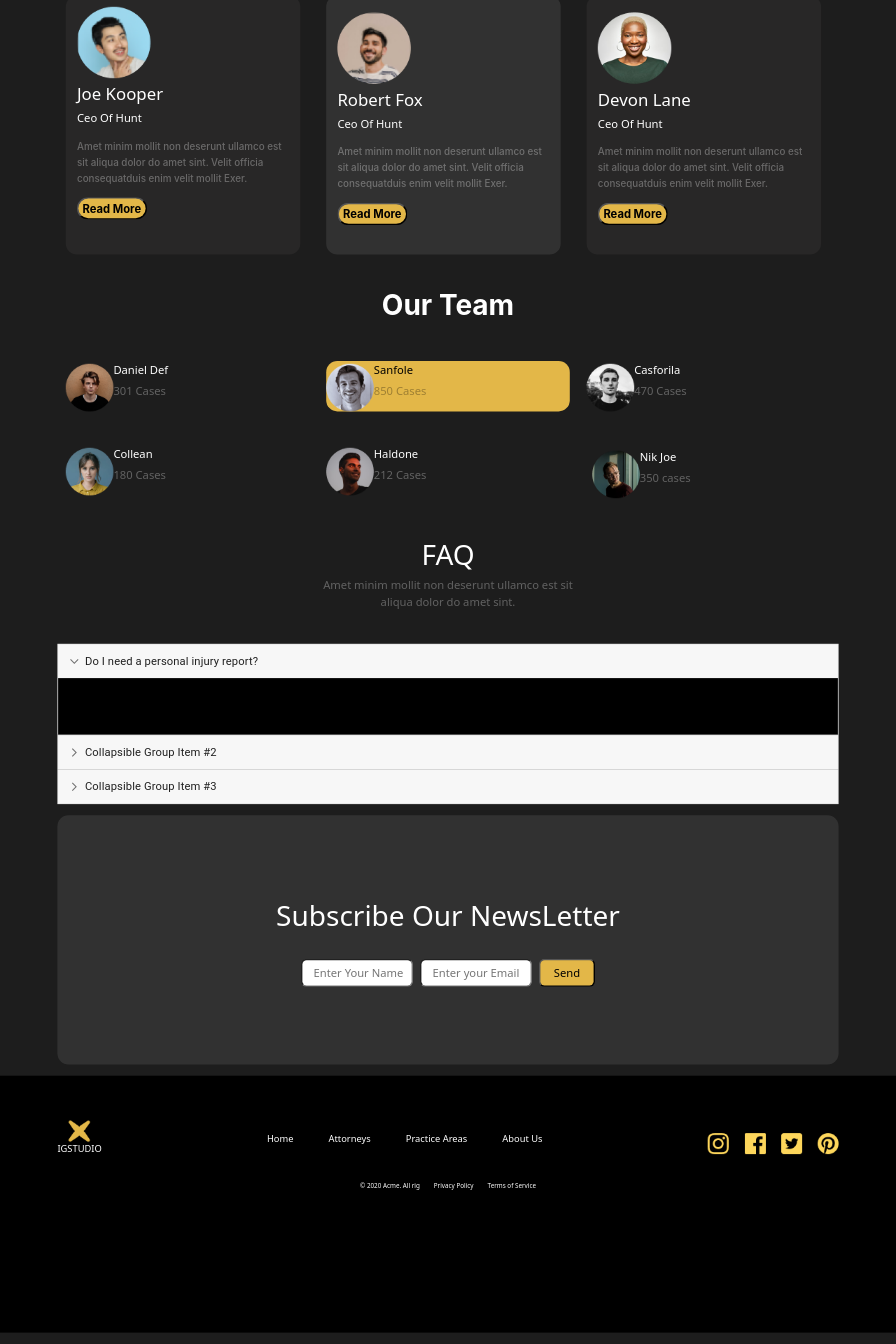
Repository: Senthil-Bala/LawFirm
Page: /
An editor plug-in stored every save of this project. The page is shown before and after a run of saves, followed by the edit.
The browser window is 1280 px wide. The pictures show the part of the page from y = 2314 to 4234 px (the page is 4234 px tall), at 70% of full size.
The project was rebuilt for these pictures with package versions that can differ from the ones it lists, and the page was loaded fresh each time. Also part of the build but not shown: src/App.css.

Above is the page before, as saved 2023-11-29 19:44:31.

### src/Components/Navbars/Navbar.jsx
import React from 'react'
import Studio from "../assests/logo.png";
import "./Navbar.css"

function Navbar() {
  return (
    <div className='navbar'>
        <div className="logo ">
            <img src={Studio} alt="Logo"/>
            <p>IGSTUDIO</p>
        </div>
        <div className="mid">
            <p>Home</p>
            <p>Attorneys</p>
            <p>Practice</p>
            <p>About Us</p>
        </div>
        <div className="btn">
            <button>Contact Now</button>
        </div>
    </div>
  )
}

export default Navbar

### src/Components/Heroess/HeroSection.jsx
import React from "react";
import "./HeroSection.css";
import Hero from "../assests/hero.png";
import Container from 'react-bootstrap/Container';
import Row from 'react-bootstrap/Row';
import Col from 'react-bootstrap/Col';
function HeroSection() {
  return (
    <div className="hero">
      <div className="contentLeft">
        <p id="mainHeading">You don’t have to Fight them Alone.</p>
        <p id="subHeading">
          Lorem ipsum dolor sit amet consectetur adipiscing elit blandit,
          curabitur sodales conubia ut inceptos faucibus himenaeos tortor eget,
          hac massa gravida arcu interdum proin curae.
        </p>
        <div className="d-flex">
        <input type="text" placeholder="Share your Email-Id" id="random"/>
        <button className="inBtn mx-2">Lets Talk</button>
        </div>
      </div>
      <div className="contentRight">
        <img src={Hero} alt="Hero" />
      </div>
    </div>

  //   <Container>
  //   <Row>
  //     <Col sm={12} md={6} lg={6} >
  //     <div className="contentLeft">
  //   <p id="mainHeading">You don’t have to Fight them Alone.</p>
  //        <p id="subHeading">
  //        Lorem ipsum dolor sit amet consectetur adipiscing elit blandit,
  //          curabitur sodales conubia ut inceptos faucibus himenaeos tortor eget,
  //          hac massa gravida arcu interdum proin curae.
  //        </p>
  //         <input type="text" placeholder="Share your Email-Id" />
  //     <button className="inBtn">Lets Talk</button>
  //      </div >
  //     </Col>
  //     <Col sm={12} md={6} lg={6}>
  //     <div className="contentRight mt-5">
  //       <img src={Hero} alt="Hero" />
  //    </div>
  //     </Col>
  //   </Row>

  // </Container>








  );
}

export default HeroSection;

### src/Components/Mainss/Main.jsx
import React from "react";
import "./Main.css";
import Container from 'react-bootstrap/Container';
import Row from 'react-bootstrap/Row';
import Col from 'react-bootstrap/Col';
function Main() {
  return (
    <div className="main">
    <div className="left">
        <p>Let’s Introduce <br /> Ourself</p>
    </div>
    {/* <div className="vertical-line"></div> */}
    <div className="right">
        <p id="heading">Criminal Lawyer</p>
        <p id="subHeading">
            Amet minim mollit non deserunt ullamco est sit aliqua dolor do amet
            sint. Velit officia consequatduis enim velit mollit Exercitation.
        </p>
    </div>
</div>



    //Grid layouts

  //   <Container className="mt-5 pt-5">
  //   <Row>
  //     <Col sm={12} md={6} lg={6}>
  //     <div className="left">
  //       <p>Let’s Introduce Ourself</p>
  //     </div>
  //     </Col>
  //     <Col  sm={12} md={6} lg={6}>
  //     <div className="right">
  //       <p id="heading">Criminal Lawyer</p>
  //       <p id="subHeading">
  //         Amet minim mollit non deserunt ullamco est sit aliqua dolor do amet
  //         sint. Velit officia consequatduis enim velit mollit Exercitation.
  //       </p>
  //     </div>
  //     </Col>
  //   </Row>

  // </Container>
  );
}

export default Main;

### src/Components/Box/Boxes.jsx
import React from "react";
import "./Boxes.css";
import Box from "../assests/box.png";
import Container from 'react-bootstrap/Container';
import Row from 'react-bootstrap/Row';
import Col from 'react-bootstrap/Col';
function Boxes() {
  return (
    // <div className="box">
    //   <h1>Why Choose us ?</h1>
    //   <br />
    //   <div className="chooseBox">
    //     <div className="box1">
    //       <img src={Box} alt="" className="mt-2" />
    //       <h4 className="mt-4">100 Success Rate</h4>
    //       <p className="small">
    //         Amet minim mollit non deserunt ullamco est sit aliqua dolor do amet
    //         sint. Velit officia consequatduis enim velit mollit Exer.
    //       </p>
    //     </div>
    //     <div className="box2">
    //       <img src={Box} alt="" className="mt-2" />
    //       <h4 className="mt-4">100 Success Rate</h4>
    //       <p className="small">
    //         Amet minim mollit non deserunt ullamco est sit aliqua dolor do amet
    //         sint. Velit officia consequatduis enim velit mollit Exer.
    //       </p>
    //     </div>
    //     <div className="box3">
    //       <img src={Box} alt="" className="mt-2" />
    //       <h4 className="mt-4">100 Success Rate</h4>
    //       <p className="small">
    //         Amet minim mollit non deserunt ullamco est sit aliqua dolor do amet
    //         sint. Velit officia consequatduis enim velit mollit Exer.
    //       </p>
    //     </div>
    //   </div>
    // </div>
    //Grid layouts

<div>
<h1  className="text-center my-5 heading">Why Choose us ?</h1>

<Container>
<Row className="gx-5 gy-5">
        <Col sm={12} md={6} lg={4} g-5 >
        <div className="box1 mt-2 mr-2">
          <img src={Box} alt="" className="mt-2" />
          <h4 className="mt-4">100 Success Rate</h4>
          <p className="small">
            Amet minim mollit non deserunt ullamco est sit aliqua dolor do amet
            sint. Velit officia consequatduis enim velit mollit Exer.
          </p>
          <button className="chip">Read More</button>
        </div>
        </Col>
        <Col sm={12} md={6} lg={4}>
        <div className="box2 mt-2 mr-2">
          <img src={Box} alt="" className="mt-2" />
          <h4 className="mt-4">100 Success Rate</h4>
          <p className="small">
            Amet minim mollit non deserunt ullamco est sit aliqua dolor do amet
            sint. Velit officia consequatduis enim velit mollit Exer.
          </p>
          <button className="chip" >Read More</button>
        </div>
        </Col>
        <Col sm={12} md={6} lg={4}>
        <div className="box3 mt-2 mr-2">
          <img src={Box} alt="" className="mt-2" />
          <h4 className="mt-4">100 Success Rate</h4>
          <p className="small">
            Amet minim mollit non deserunt ullamco est sit aliqua dolor do amet
            sint. Velit officia consequatduis enim velit mollit Exer.
          </p>
          <button className="chip">Read More</button>
        </div>
        </Col>
      </Row>

    </Container>
    </div>

  );
}

export default Boxes;

### src/Components/Practicsing/Practices.jsx
import React from "react";
import Container from "react-bootstrap/Container";
import Row from "react-bootstrap/Row";
import Col from "react-bootstrap/Col";
import Left from "../assests/left.png";
import Right from "../assests/right.png";
import "./Practices.css";

function Practices() {
  return (
    <div>
      <h1 className="text-center my-5 heading">Area of Practices</h1>

      <Container>
        <Row className="mt-3">
          <Col xs={12} sm={8}>
            <img src={Left} alt="Business law" className="left" />
            <p className="title">Business law</p>

          </Col>
          <Col xs={12} sm={4}>
            <img src={Right} alt="Partnership Law" className="right" />
            <p className="title">Partnership law</p>

          </Col>
        </Row>
        <Row className="mt-3">
        <Col xs={12} sm={4}>
            <img src={Right} alt="Partnership Law" className="right" />
            <p className="title">Real Estate law</p>
          </Col>
          <Col xs={12} sm={8}>
            <img src={Left} alt="Business law" className="left" />
            <p className="title">Business law</p>

          </Col>

        </Row>
        <Row className="mt-3">
          <Col xs={12} sm={8}>
            <img src={Left} alt="Business law" className="left" />
            <p className="title">LandLord Disruptes law</p>

          </Col>
          <Col xs={12} sm={4}>
            <img src={Right} alt="Partnership Law" className="right" />
            <p className="title">ELDER ABSUTE</p>

          </Col>
        </Row>
      </Container>
    </div>
  );
}

export default Practices;

### src/Components/ClientSides/Clients.jsx
import React from "react";
import "./Clients.css";
import EclipseOne from "../assests/EclipseOne.png";
import EclipseTwo from "../assests/EclipseTwo.png";
import EclipseThree from "../assests/EclipseThree.png";
import Container from 'react-bootstrap/Container';
import Row from 'react-bootstrap/Row';
import Col from 'react-bootstrap/Col';
function Clients() {
  return (
    // <div className="box">
    //   <h1>Why Choose us ?</h1>
    //   <br />
    //   <div className="chooseBox">
    //     <div className="box1">
    //       <img src={Box} alt="" className="mt-2" />
    //       <h4 className="mt-4">100 Success Rate</h4>
    //       <p className="small">
    //         Amet minim mollit non deserunt ullamco est sit aliqua dolor do amet
    //         sint. Velit officia consequatduis enim velit mollit Exer.
    //       </p>
    //     </div>
    //     <div className="box2">
    //       <img src={Box} alt="" className="mt-2" />
    //       <h4 className="mt-4">100 Success Rate</h4>
    //       <p className="small">
    //         Amet minim mollit non deserunt ullamco est sit aliqua dolor do amet
    //         sint. Velit officia consequatduis enim velit mollit Exer.
    //       </p>
    //     </div>
    //     <div className="box3">
    //       <img src={Box} alt="" className="mt-2" />
    //       <h4 className="mt-4">100 Success Rate</h4>
    //       <p className="small">
    //         Amet minim mollit non deserunt ullamco est sit aliqua dolor do amet
    //         sint. Velit officia consequatduis enim velit mollit Exer.
    //       </p>
    //     </div>
    //   </div>
    // </div>
    //Grid layouts

<div>
    <div className="clientHead d-flex justify-content-between align-items-center">
<h1  className=" my-5 heading">What Says Our <br /> Happy Clients</h1>
<div className="arrows">
<button>+</button>
<button className="rgt">-</button>
</div>


</div>
<Container>
<Row className="gx-4 gy-4">
        <Col sm={12} md={6} lg={4} >
        <div className="box1 mt-2 mr-2">
          <img src={EclipseOne} alt="" />
          <h4 className="mt-2">Joe Kooper</h4>
          <p >Ceo Of Hunt</p>
          <p className="small">
            Amet minim mollit non deserunt ullamco est sit aliqua dolor do amet
            sint. Velit officia consequatduis enim velit mollit Exer.
          </p>
          <button className="chip">Read More</button>
        </div>
        </Col>
        <Col sm={12} md={6} lg={4}>
        <div className="box2 mt-2 mr-2">
          <img src={EclipseTwo} alt="" className="mt-2" />
          <h4 className="mt-2">Robert Fox</h4>
          <p >Ceo Of Hunt</p>
          <p className="small">
            Amet minim mollit non deserunt ullamco est sit aliqua dolor do amet
            sint. Velit officia consequatduis enim velit mollit Exer.
          </p>
          <button className="chip" >Read More</button>
        </div>
        </Col>
        <Col sm={12} md={6} lg={4}>
        <div className="box3 mt-2 mr-2">
          <img src={EclipseThree} alt="" className="mt-2" />
          <h4 className="mt-2">Devon Lane</h4>
          <p >Ceo Of Hunt</p>
          <p className="small">
            Amet minim mollit non deserunt ullamco est sit aliqua dolor do amet
            sint. Velit officia consequatduis enim velit mollit Exer.
          </p>
          <button className="chip">Read More</button>
        </div>
        </Col>
      </Row>

    </Container>
    </div>

  );
}

export default Clients;

### src/Components/Teamss/Team.jsx
import React from 'react'
import Container from 'react-bootstrap/esm/Container'
import Row from 'react-bootstrap/Row';
import Col from 'react-bootstrap/Col';
import Daniel from "../assests/Daniel.png";
import Sanfole from "../assests/Sanfole.png";
import Casforila from "../assests/Casforila.png";
import Collean from "../assests/Collean.png";
import Haldone from "../assests/Haldone.png";
import Nik from "../assests/Nik.png"
import "./Team.css"

function Team() {
  return (
    <div className='teamDiv my-3'>
        <h1 className="text-center mt-5 heading">Our Team</h1>

        <Container>
        <Row>

        <Col xs={6} md={4} lg={4} className='mt-5'>
            <div className="items d-flex pt-1 ">
        <img src={Daniel} alt="" className='mr-3'/>
        <div>
          <h6 >Daniel Def</h6>
          <p className="opac">301 Cases</p>
          </div>
          </div>
        </Col>

        <Col xs={6} md={4} lg={4} className='mt-5'>
            <div className="items d-flex sanfole pt-1 ">
        <img src={Sanfole} alt="" className='mr-3 '/>
        <div>
          <h6>Sanfole</h6>
          <p className="opac">850 Cases</p>
          </div>
          </div>
        </Col>

        <Col xs={6} md={4}  lg={4} className='mt-5'>
            <div className="items d-flex pt-1">
        <img src={Casforila} alt="" className='mr-3'/>
        <div>
          <h6 >Casforila</h6>
          <p className="opac">470 Cases</p>
          </div>
          </div>
        </Col>

        <Col xs={6} md={4} lg={4} className='mt-5'>
            <div className="items d-flex pt-1 ">
        <img src={Collean} alt="" className='mr-3'/>
        <div>
          <h6 >Collean</h6>
          <p className="opac">180 Cases</p>
          </div>
          </div>
        </Col>

        <Col xs={6} md={4}  lg={4} className='mt-5'>
            <div className="items d-flex pt-1">
        <img src={Haldone} alt="" className='mr-3'/>
        <div>
          <h6 >Haldone</h6>
          <p className="opac">212 Cases</p>
          </div>
          </div>
        </Col>

        <Col xs={6} md={4}  lg={4} className='mt-5'>
            <div className="items d-flex p-2">
        <img src={Nik} alt="" className='mr-3'/>
        <div>
          <h6 >Nik Joe</h6>
          <p className="opac">350 cases</p>
          </div>
          </div>
        </Col>

      </Row>
      </Container>
    </div>
  )
}

export default Team

### src/Components/Frequents/Faq.jsx
import React from "react";
import Accordionss from "./Accordionss"
import "./Faq.css"
function Faq() {
  return (
    <div className="text-center my-3">
      <div className="faq mt-5">
        <h1 className="m">FAQ</h1>
        <p className="faqContent">
          Amet minim mollit non deserunt ullamco est sit <br /> aliqua dolor do amet
          sint.
        </p>
      </div>
      <div className="accordions mt-5">
        <Accordionss/>
      </div>
    </div>
  );
}

export default Faq;

### src/Components/Subscribes/Subscribe.jsx
import React from 'react'
import "./Subscribe.css"
function Subscribe() {
  return (
    <div className='subscribes mt-3'>
    <div className="newsLetter">
<h1 className='text-center mt-2'>Subscribe Our NewsLetter</h1>
</div>
<div className="inputAndbutton">
    <input type="text" className='inputOne' placeholder='Enter Your Name'/>
    <input type="text" className='inputOne' placeholder='Enter your Email'/>
    <button id='send'>Send</button>
</div>
    </div>
  )
}

export default Subscribe

### src/Components/Footers/Footer.jsx
import React from 'react'
import "./Footer.css";
import logo from "../assests/logo.png";
import Group from "../assests/group.png"
function Footer() {
  return (
    <div className='footerDiv my-3'>
        <div className="firstDiv container text-center">
           <div className='logoDiv'>
            <img src={logo} alt="logo" />
            <p>IGSTUDIO</p>
           </div>
           <div className="mainDiv ">
            <p>Home</p>
            <p>Attorneys</p>
            <p>Practice Areas</p>
            <p>About Us</p>
           </div>
           <div>
            <img src={Group} alt="Icons" />
           </div>
        </div>
        <br />
        <div className="secondDiv  ">
            <p>© 2020 Acme. All rig</p>
            <p>Privacy Policy</p>
            <p>Terms of Service</p>
        </div>

    </div>
  )
}

export default Footer

### src/Components/Navbars/Navbar.css
.navbar {
    display: flex;
    justify-content: space-between;
    align-items: center;
    /* width: 100%;
    height: 3rem; */

}

.mid {
    display: flex;
    gap: 30px;
    font-family: Inter;
    text-align: center;
    justify-content: space-between;
    align-items: center;

}

.btn button {
    border: 2px solid #FFFFFF;
    background-color: #1D1D1D;
    color: #FFFFFF;
    /* justify-content: center;
    align-items: center; */
}

.logo {
    display: flex;
    justify-content: center;
    align-items: center;
    gap: 20px;
}

.logo img{
    height: 1rem;
}

### src/Components/Heroess/HeroSection.css
.hero {
    display: flex;
    justify-content: space-between;
    align-items: center;
    gap: 30px;
    font-family: Inter;

}

.contentLeft {
    margin-top: 5rem;
    display: flex;
    flex-direction: column;
    gap: 30px;
}

.contentRight {
    width: 467.71px;
    height: 467.71px;
}

.inBtn {
    background: rgba(227, 183, 72, 1);

    color: black;
    font-family: Inter;
    font-weight: bold;
    height: 3rem;
    padding: 1rem;
    display: flex;
    justify-content: center;
    align-items: center;
    border-radius: 3rem;
    text-align: center;
    /* position: absolute; */
    right: 58.5%;
    top: 77.5%;
    outline: 0;
}

#random{
    height: 3rem;
    padding: 1rem;
    border-radius: 3rem;
    width: 21rem;
    /* position: relative; */
    background-color:rgb(47, 50, 50);
    color: darkslategray;
    outline: 0;
}

#mainHeading {
    font-size: 66px;
    font-weight: 500;
    line-height: 97px;
    letter-spacing: 0em;
    text-align: left;

}

#subHeading {
    color: dimgrey;

}

### src/Components/Mainss/Main.css
.main {
    display: flex;
    justify-content: center;
    text-align: center;
    margin-top: 6rem;
}

.left {
    font-family: Inter;
    font-size: 54px;
    font-weight: 600;
    line-height: 87px;
    text-align: left;


}
/* Styling for the main container */
.main {
    display: flex;
    align-items: center;
}

/* Styling for the vertical line */
.vertical-line {
    border-left: 1px solid dimgray; /* Set color for the left border */
    height: 100px; /* Set height of the line */
    margin: 0 20px; /* Adjust margin as needed */
}



.right{
    display: flex;
    flex-direction: column;

}
#heading {
    font-family: Inter;
    font-size: 32px;
    font-weight: 600;
    line-height: 52px;
    letter-spacing: 0em;
    text-align: center;
    /* width: 475px;
    height: 155px; */

}
#subHeading{
    color: dimgrey;
    /* width: 475px;
height: 87px;

opacity: 0.3px; */

}

### src/Components/Box/Boxes.css
.box{
    margin-top: 6rem;
    text-align: center;
}
.chooseBox{
    display: flex;
    justify-content: space-between;
}
.box1,.box2,.box3{
    width: 335px;
height: 370px;
padding: 1rem;
text-align: left;
/* border: 2px solid; */
border-radius: 1rem;
background-color:rgb(40, 39, 39);

}
.box2{
    background: rgba(71, 71, 71, 0.5);

}
.small{
    font-family: Inter;
font-size: 14px;
font-weight: 500;
line-height: 23px;
letter-spacing: 0em;
text-align: left;
opacity: 30%;

}
.chip{
    background: rgba(227, 183, 72, 1);

    color: black;
    font-family: Inter;
    font-weight: bold;
    height: 2rem;
    /* padding: 1rem; */
    display: flex;
    justify-content: center;
    align-items: center;
    border-radius: 1.5rem;
    text-align: center;
}
.heading{
    font-family: Inter;
    font-weight: bold;

}

### src/Components/Practicsing/Practices.css
.left{
    width:35rem;
    height:12rem;
    text-transform: uppercase;
    position: relative;

}
.right{
    width:15rem;
    height:12rem;
    position: relative;

}
.title{
    position: absolute;
    bottom: 0px;
    left: 30%;
    text-align: center;
    text-transform: uppercase;
}

### src/Components/ClientSides/Clients.css
.arrows button{
    border-radius: 50%;
    height: 3rem;
    width: 3rem;
}
.rgt{
    background: rgba(227, 183, 72, 1);
}
.box2{
    background: rgba(71, 71, 71, 0.5);

}

### src/Components/Teamss/Team.css
.opac{
    opacity: 30%;
}

.sanfole{
    background: rgba(227, 183, 72, 1);
border-radius: 1rem;
color: black;

}

### src/Components/Frequents/Faq.css
.faqContent{
    opacity: 30%;
}

### src/Components/Subscribes/Subscribe.css
.subscribes{
height: 356px;
background: rgba(71, 71, 71, 0.5);
display: flex;
flex-direction: column;
justify-content: center;
align-items: center;
border-radius: 1rem;
gap: 30px;
}
#send{
    background: rgba(227, 183, 72, 1);
    height: 2.5rem;
    width: 5rem;
    border-radius: 0.5rem;

}
.inputOne{
    width: 10rem;
    height: 2.5rem;
    border-radius: 0.5rem;
    padding-left: 1rem;

}
.inputAndbutton{
display: flex;
justify-content: space-between;
gap: 10px;
}

### src/Components/Footers/Footer.css
.footerDiv{

height: 367px;
/* border: 1px solid white; */
display: flex;
flex-direction: column;
font-size: smaller;
background-color: black;
/* width: 100%; */


}
.firstDiv{
    display: flex;
    justify-content: space-between;
    align-items: center;
    margin-top: 4rem;
}
.mainDiv{
    display: flex;
    justify-content: center;
    /* align-items: center; */
    gap:50px;
}
.secondDiv{
    display: flex;
    justify-content: center;
    align-items: center;
    gap:20px;
    /* margin-top: 2rem; */
    font-size: xx-small;

}

### src/Components/Frequents/Accordionss.css
.details{
    background-color: black;
    colo
}

Loaded but not shown: public/index.html (common file); src/index.js (common file); src/index.css (common file); src/reportWebVitals.js (common file); src/App.js (34 lines, source omitted); src/Components/Frequents/Accordionss.jsx (95 lines, source omitted)

After the next 2 saves:
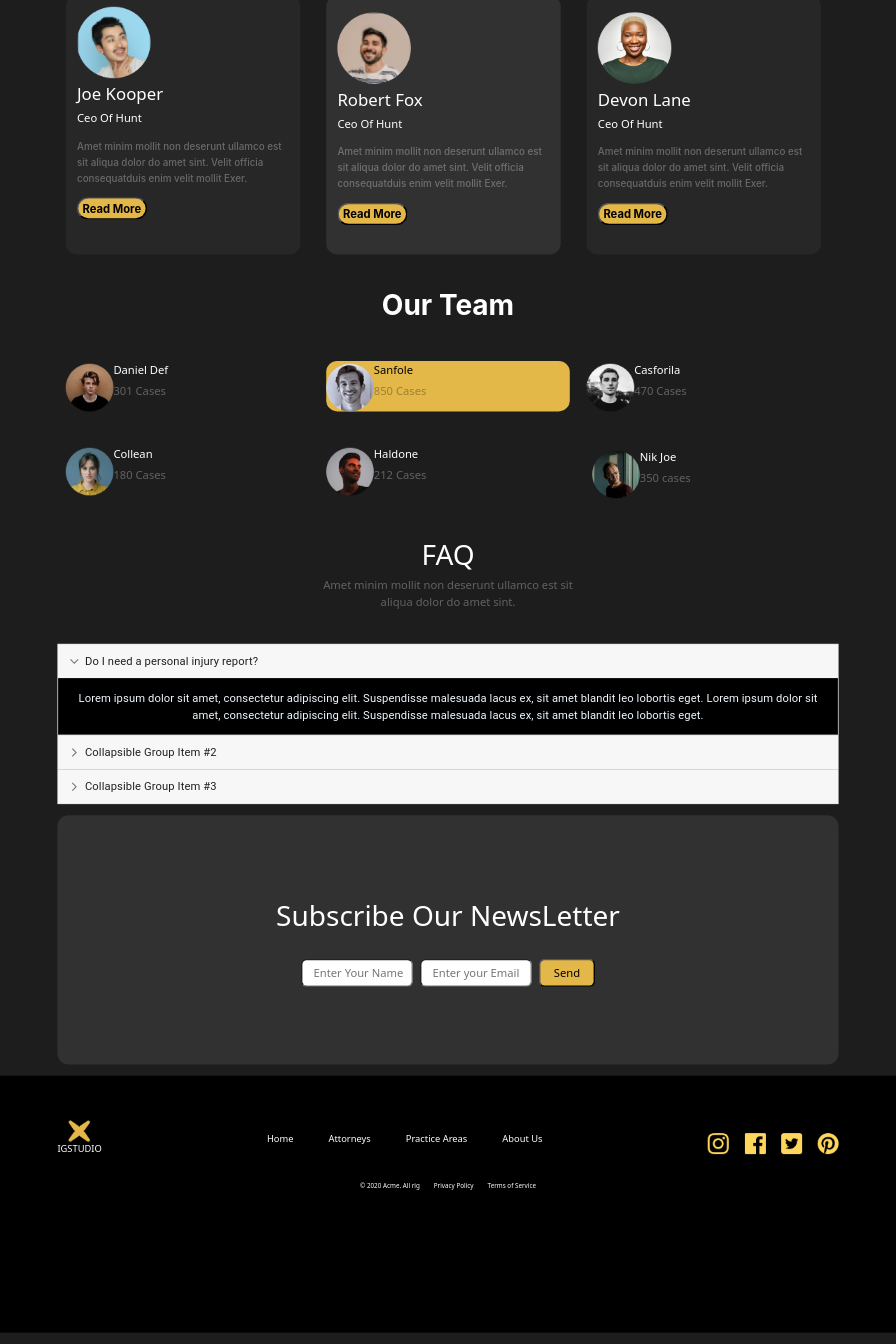
The 2 saves are shown as one change because they came seconds apart.
The last was saved 5 s later.
--- a/src/Components/Frequents/Accordionss.css
+++ b/src/Components/Frequents/Accordionss.css
@@ -1,4 +1,4 @@
 .details{
     background-color: black;
-    colo
+    color: aliceblue;
 }
